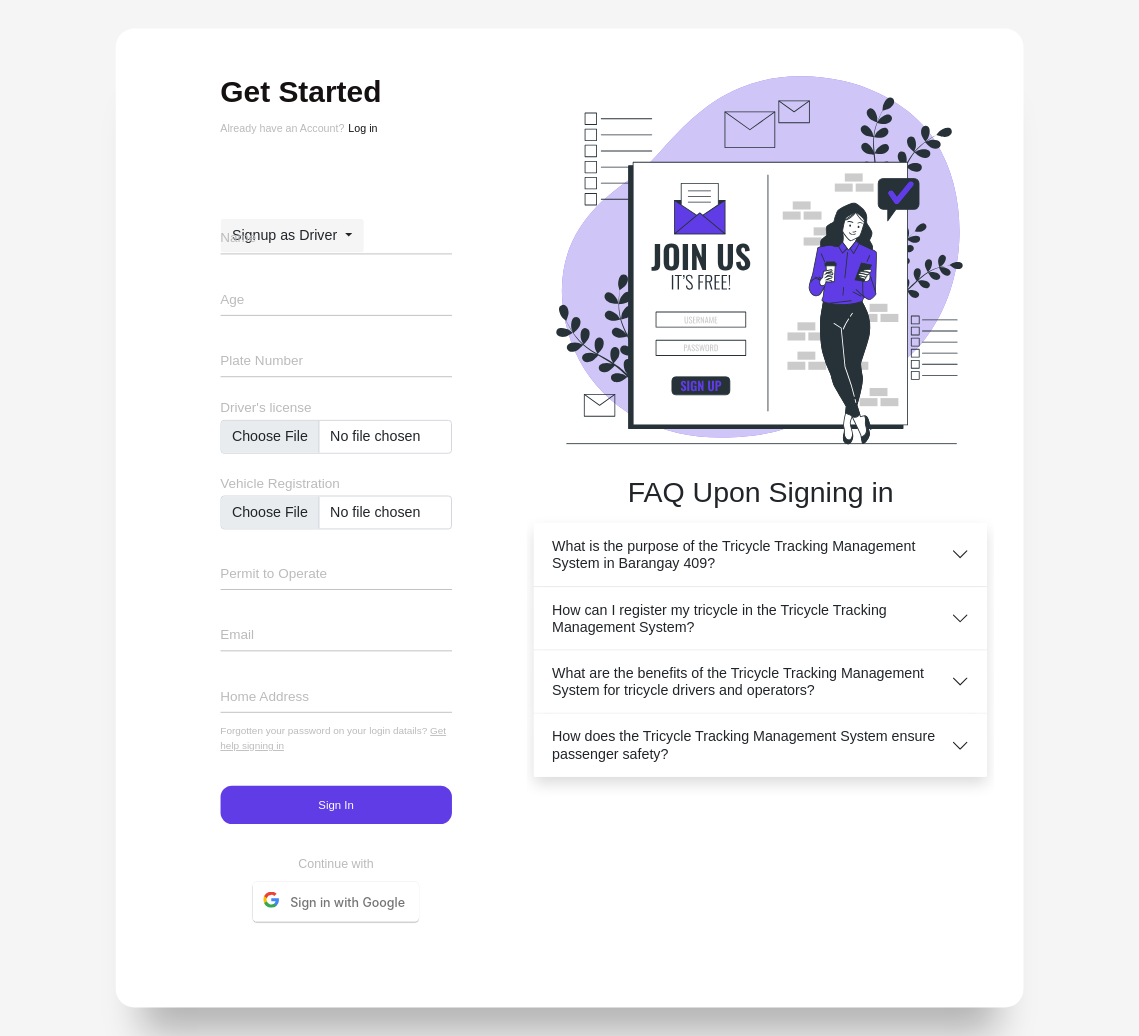
Repository: adrcstro/plate-to-place
Page: http://localhost/Loginsystem/Driverlogin.php
The author's editor kept a copy of each file at every save. The page is drawn from the files as they stood at one save, then again after the next save.
The browser window is 1280 px wide. The pictures show the whole page, at 89% of full size.
Some web fonts or font styles are not loaded; a fallback is used. Some web libraries are served in a nearby version. The page is run by PHP 8.4 with error messages shown; the project is at /var/www/html/.

Above is the page before, as saved 2023-10-31 12:38:00.

After the next save:
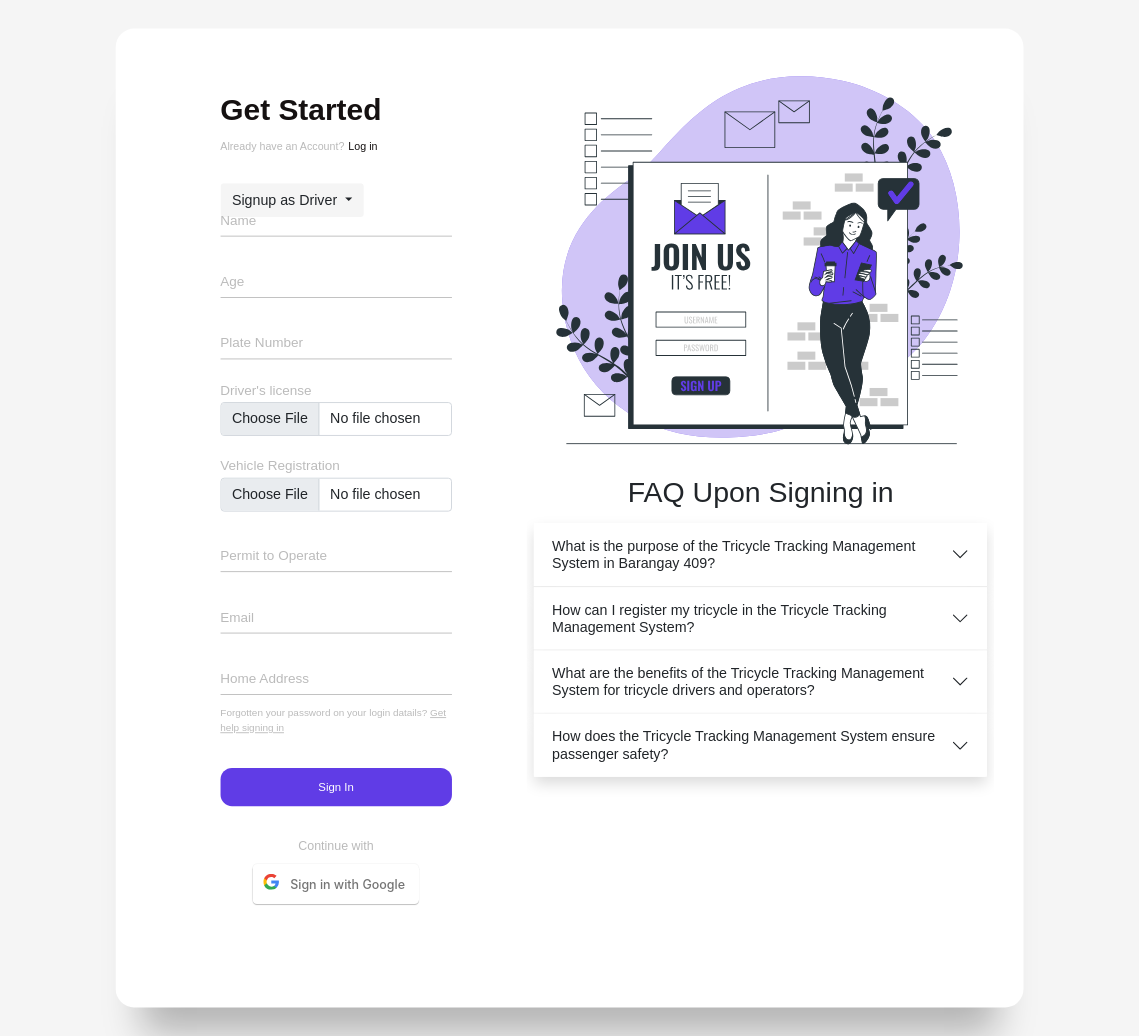
Saved 22 s later.
--- a/Loginsystem/driver.css
+++ b/Loginsystem/driver.css
@@ -404,7 +404,7 @@ margin-top: -4rem;
   margin-top: -1.4rem;
 }
 .dropdown{
-  margin-top: 3rem;
+  margin-top: -2rem;
 }
 
 
